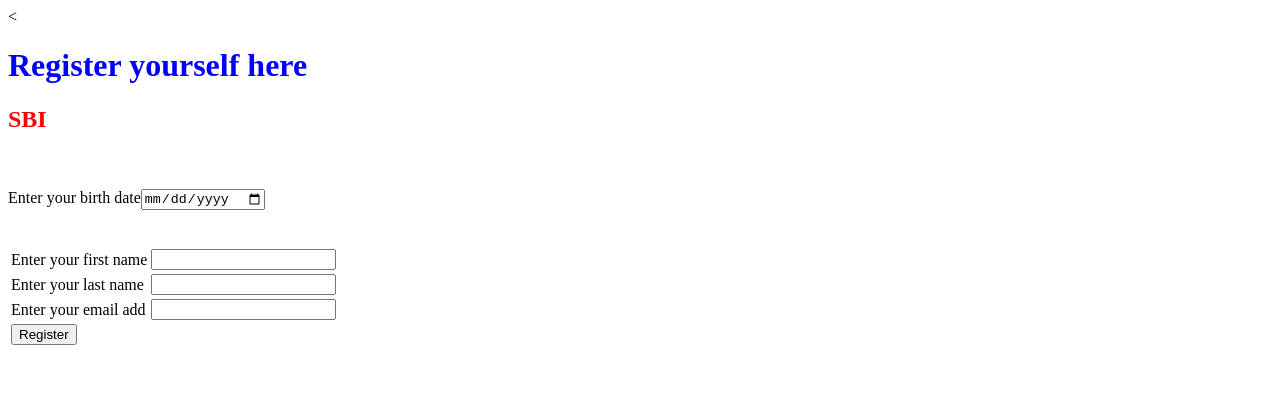
Repository: Prince1530/training
Page: BankProject/public/register.html
An editor plug-in stored every save of this project. The page is shown before and after the next save, followed by the edit.
The browser window is 1280 px wide. The pictures show the whole page.

Above is the page before, as saved 2022-06-13 09:04:18.

### BankProject/public/register.html
<<!DOCTYPE html>
<html>
<head>
<link rel="stylesheet"href="style.css"/ >
<meta charset="ISO-8859-1">
<title>Insert title here</title>
</head>
<body>
<h1>Register yourself here</h1>
<h2>SBI</h2>
<table>
<tr><td>Enter your first name</td><td><input type=text></td><br>
<tr><td>Enter your last name</td><td><input type=text></td><br>
<tr<td>Enter your birth date<input type=date></tr></td><br>
<tr><td>Enter your email add</td><td><input type=text></td><br>
<tr><td><input type=submit name =submit value="Register"></tr></td> <br>
</table>
</body>
</html>

### BankProject/public/style.css

@charset "ISO-8859-1";
h1{
	color:blue;


}
h2{
	color:red;
}

After the next save:
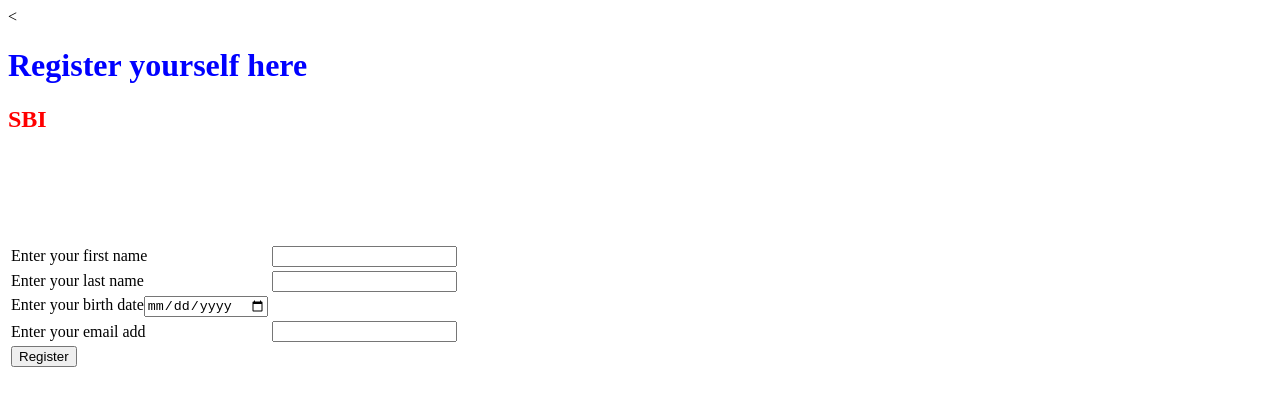
Saved 17 s later.
--- a/BankProject/public/register.html
+++ b/BankProject/public/register.html
@@ -11,7 +11,7 @@
 <table>
 <tr><td>Enter your first name</td><td><input type=text></td><br>
 <tr><td>Enter your last name</td><td><input type=text></td><br>
-<tr<td>Enter your birth date<input type=date></tr></td><br>
+<tr><td>Enter your birth date<input type=date></tr></td><br>
 <tr><td>Enter your email add</td><td><input type=text></td><br>
 <tr><td><input type=submit name =submit value="Register"></tr></td> <br>
 </table>
